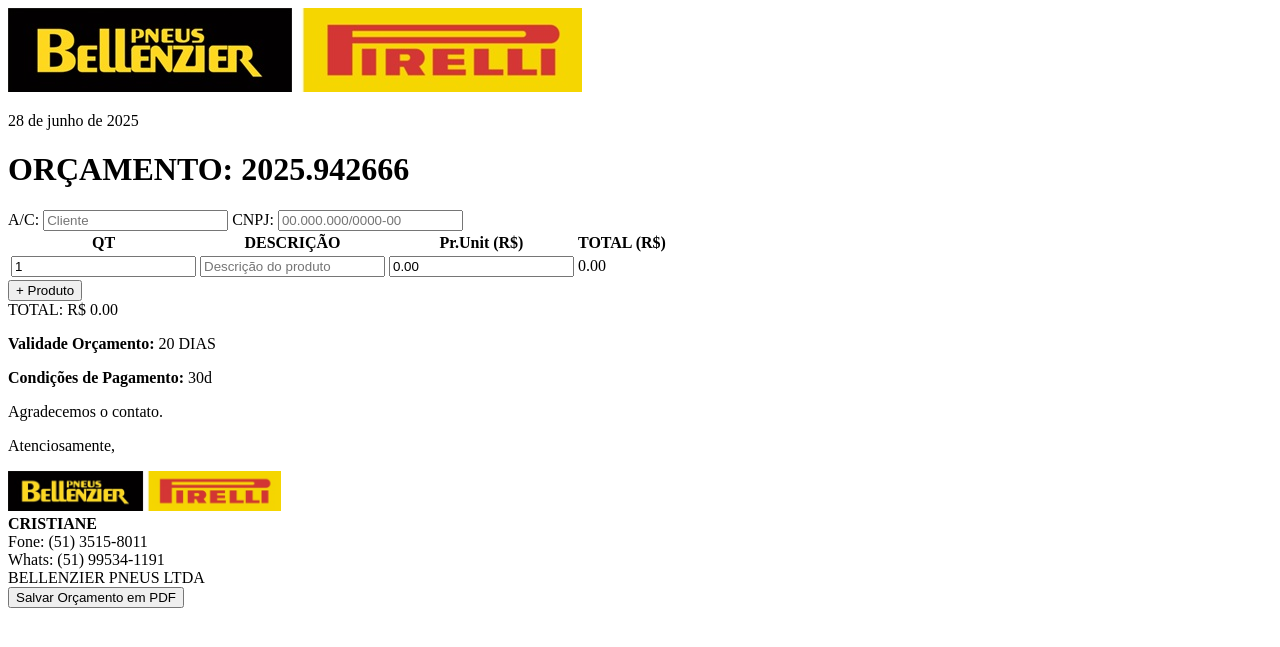
Repository: Cristiane-Sartori14/Orcamento
Page: index.html
The author's editor kept a copy of each file at every save. The page is drawn from the files as they stood at one save, then again after the next save.
The browser window is 1280 px wide. The pictures show the whole page.

Above is the page before, as saved 2025-06-29 09:39:48.

After the next save:
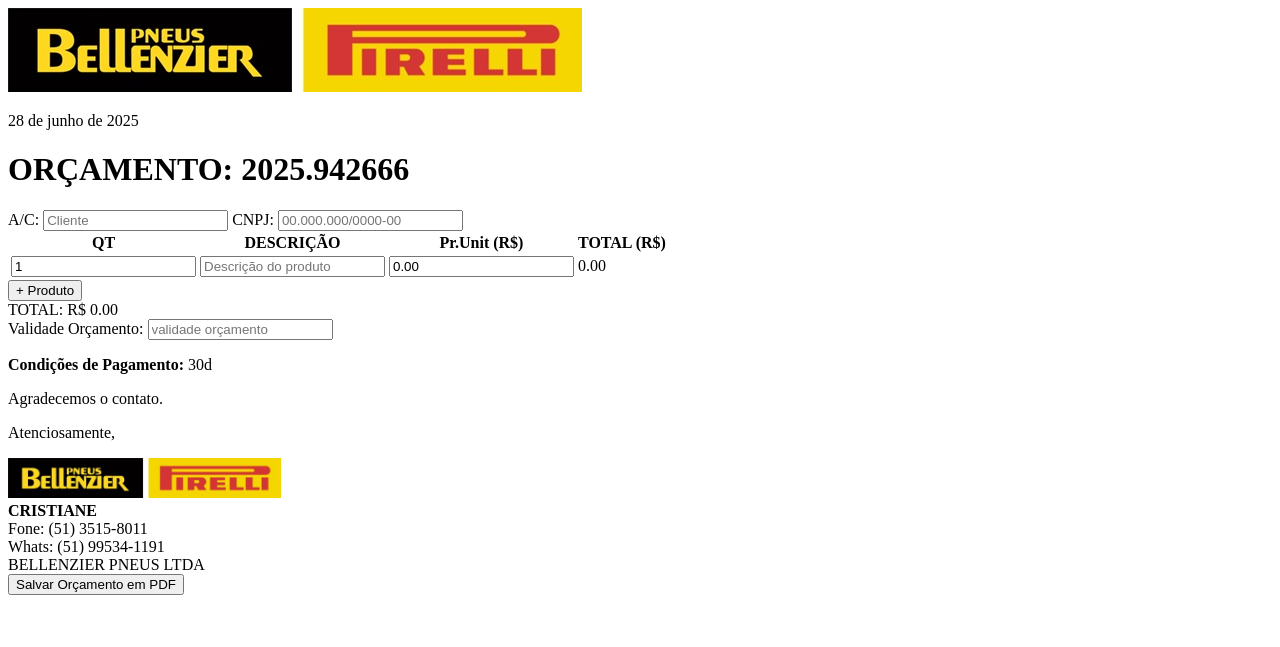
Saved 2 min 42 s later.
--- a/index.html
+++ b/index.html
@@ -52,7 +52,11 @@
     <div class="totalGeral">TOTAL: R$ <span id="valorTotal">0.00</span></div>
 
     <div class="info-final">
-      <p><strong>Validade Orçamento:</strong> 20 DIAS</p>
+<label>
+      Validade Orçamento:
+        <input type="text" id="val" placeholder="validade orçamento" />
+      </label>
+
       <p><strong>Condições de Pagamento:</strong> 30d</p>
       <p>Agradecemos o contato.</p>
       <p>Atenciosamente,</p>
